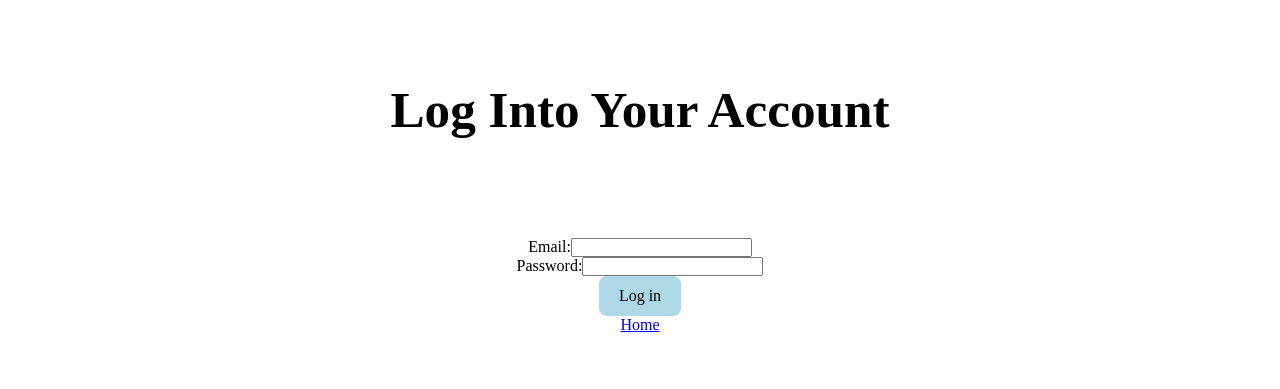
Repository: Andres513/CapStone
Page: /login
An editor plug-in stored every save of this project. The page is shown before and after the next save, followed by the edit.
The browser window is 1280 px wide. The pictures show the whole page.
The project was rebuilt for these pictures with package versions that can differ from the ones it lists, and the page was loaded fresh each time. Also part of the build but not shown: vite.config.js, src/components/Categories.jsx, src/components/Cart.jsx, src/components/FetchProducts.jsx, src/components/SingleProduct.jsx, src/components/ProductsByCategory.jsx.

Above is the page before, as saved 2024-04-04 19:39:48.

### index.html
<!doctype html>
<html lang="en">
  <head>
    <meta charset="UTF-8" />
    <link rel="icon" type="image/svg+xml" href="/vite.svg" />
    <meta name="viewport" content="width=device-width, initial-scale=1.0" />
    <title>Fake Store!</title>
  </head>
  <body>
    <div id="root"></div>
    <script type="module" src="/src/main.jsx"></script>
  </body>
</html>

### src/App.jsx
import { useState } from 'react'
import FetchProducts from './components/FetchProducts'
import './App.css'
import { Routes, Route } from 'react-router-dom'
import Login from './components/Login'
import SingleProduct from './components/SingleProduct'
import ProductsByCategories from './components/ProductsByCategory'
import Cart from './components/Cart'

function App() {
const [ token, setToken ] = useState(null)
const [ products, setProducts ] = useState([])
const [ price, setPrice ] = useState('')
const [ email, setEmail ] = useState('')
const [ password, setPassword ] = useState('')


const handleSetToken=(newToken)=>{
  setToken(newToken)
}
const handleSetProducts=(newProducts)=>{
  setProducts(newProducts)
}
const handleSetPrice=(newPrice)=>{
  setPrice(newPrice)
}
  return (
    <>
    <Routes>
      <Route path="/login" element={<Login token={token} setToken={handleSetToken} email={email} setEmail={setEmail} password={password} setPassword={setPassword}/>}/>
      <Route path="/" element={<FetchProducts token={token} products={products} setProducts={handleSetProducts} price={price} setPrice={handleSetPrice}/>}/>
      <Route path="/products/:id" element={<SingleProduct token={token}/>}/>
      <Route path="/category/:category" element={<ProductsByCategories products={products} setProduct={handleSetProducts}/>}/>
      <Route path="/cart" element={<Cart/>}/>
    </Routes>
    </>
  )
}

export default App

### src/index.css

* {
  margin: 0;
  padding: 0;
  box-sizing: border-box;
}
h1 {
  font-size: 3.2em;
  line-height: 1.1;
  padding-top: 50px;
  padding-bottom: 100px;
}
img {
  width: 70%;
  height: 70%;
}
.single-product > img {
  height: 60%;
  width: 60%;
  padding-top: 50px;
  padding-bottom: 50px;
}
.items-container {
  display: grid;
  grid-template-columns: repeat(auto-fill, minmax(200px, 1fr));
  grid-gap: 100px;
  padding-top: 50px;
}
.category-buttons {
  padding-bottom: 50px;
}
.category-container {
  display: grid;
  grid-template-columns: repeat(auto-fill, minmax(200px, 1fr));
  grid-gap: 100px;
  padding-top: 50px;
}
button {
  border-radius: 8px;
  border: 1px solid transparent;
  padding: 0.6em 1.2em;
  font-size: 1em;
  font-weight: 500;
  font-family: inherit;
  background-color: lightblue;
  cursor: pointer;
  transition: border-color 0.25s;
}

### src/components/Login.jsx
import { useState, useEffect, useRef } from "react"
import { Link } from "react-router-dom"

export default function Login({token, setToken}){


    const [ username, setUsername ] = useState('')
    const [ password, setPassword ] = useState('')
    const [ error, setError ] = useState(null)
    const [ successMessage, setSuccessMessage ] = useState('')
    const usernameInputRef = useRef(null);
    const passwordInputRef = useRef(null);

    async function loginUser(event){
        event.preventDefault()
    try {
        const response = await fetch('https://fakestoreapi.com/auth/login', {
            method:'POST',
            headers: {
                'Content-Type': 'application/json',
            },
            body: JSON.stringify({
                username: username,
                password: password
            })
        })
            const result = await response.json()

                console.log(result)
                setToken(result.token)
                setSuccessMessage('You are now logged in!')
                 setUsername("");
                 setPassword("");
                 usernameInputRef.current.value = "";
                 passwordInputRef.current.value = "";

    } catch(error) {
        setError("Must log in with valid username and password!")
    }
}
//for testing log in
// username:'johnd',
//password:'m38rmF$',
return (
    <>
    <form className="login" onSubmit={loginUser}>
            <h1>Log Into Your Account</h1>
            <label>Email:
            <input type="username" value={username} onChange={(e) => setUsername(e.target.value)} required ref={usernameInputRef}/>
         </label><br/>
            <label>Password:
            <input type="password" value={password} onChange={(e) => setPassword(e.target.value)} required ref={passwordInputRef}/>
         </label><br/>
         <button>Log in</button><br/>
         {error && <h2>{error}</h2>}
        </form>

       <Link to="/" token={token}>Home</Link>
    </>
)
}

Loaded but not shown: src/main.jsx (common file); src/App.css (common file)

After the next save:
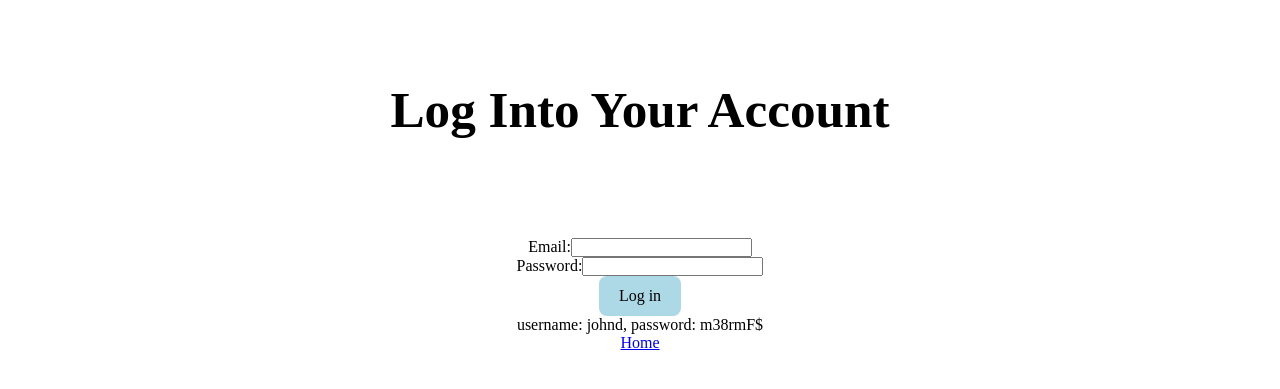
Saved 66 s later.
--- a/src/components/Login.jsx
+++ b/src/components/Login.jsx
@@ -52,6 +52,7 @@
             <input type="password" value={password} onChange={(e) => setPassword(e.target.value)} required ref={passwordInputRef}/>
          </label><br/>
          <button>Log in</button><br/>
+         <p>username: johnd, password: m38rmF$</p>
          {error && <h2>{error}</h2>}
         </form>
 
